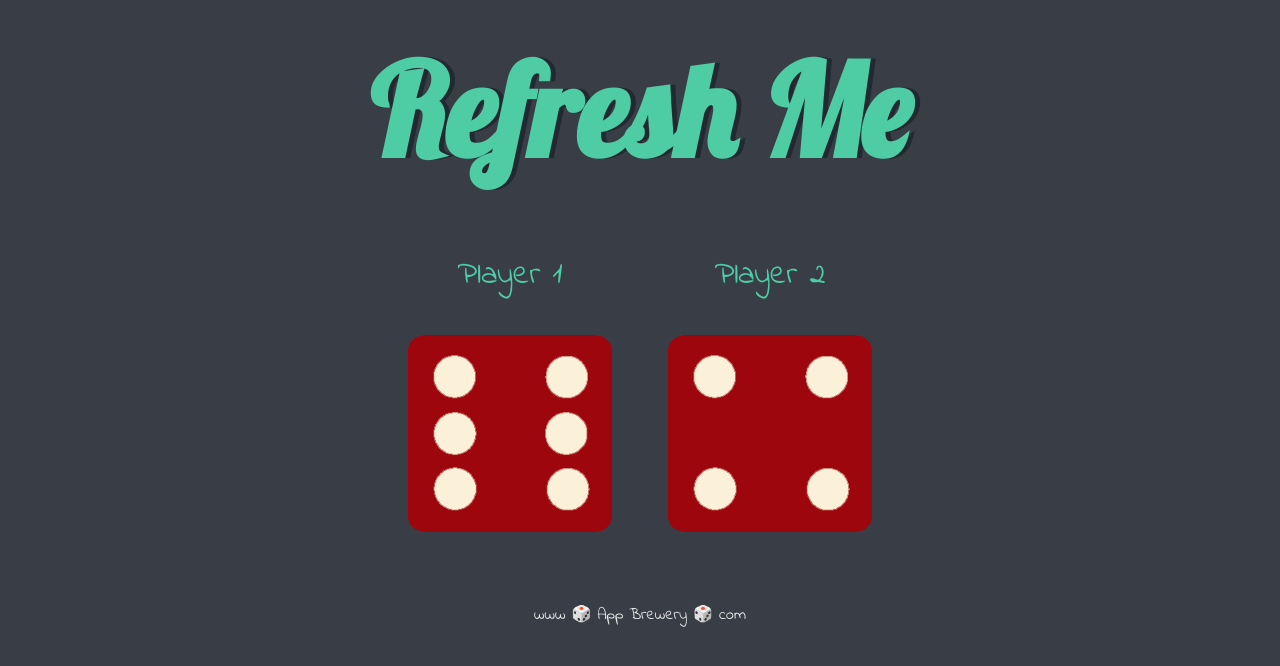
Repository: joseph27choi/Simple-Dice-Game
Page: dicee.html
The author's editor kept a copy of each file at every save. The page is drawn from the files as they stood at one save, then again after a run of saves.
The browser window is 1280 px wide. The pictures show the whole page.

Above is the page before, as saved 2023-02-23 12:29:12.

### dicee.html
<!DOCTYPE html>
<html lang="en" dir="ltr">
  <head>
    <meta charset="utf-8">
    <title>Dicee</title>
    <link rel="stylesheet" href="styles.css">
    <link href="https://fonts.googleapis.com/css?family=Indie+Flower|Lobster" rel="stylesheet">
    <script src="index.js" defer></script>
  </head>
  <body>

    <div class="container">
      <h1>Refresh Me</h1>

      <div class="dice">
        <p>Player 1</p>
        <img class="img1" src="images/dice6.png">
      </div>

      <div class="dice">
        <p>Player 2</p>
        <img class="img2" src="images/dice6.png">
      </div>

    </div>


  </body>

  <footer>
    www 🎲 App Brewery 🎲 com
  </footer>
</html>

### index.js


var randomNumber1 = Math.random();
var randomNumber2 = Math.random();

randomNumber1 = Math.round(randomNumber1 * 5 + 1);
randomNumber2 = Math.round(randomNumber2 * 5 + 1);


document.getElementsByClassName("img1")[0].setAttribute("src", "images/dice" + randomNumber1 + ".png");
document.getElementsByClassName("img2")[0].setAttribute("src", "images/dice" + randomNumber2 + ".png");

if (randomNumber1 > randomNumber2)
{
    document.querySelector
}

Loaded but not shown: styles.css (common file)

After the next 2 saves:
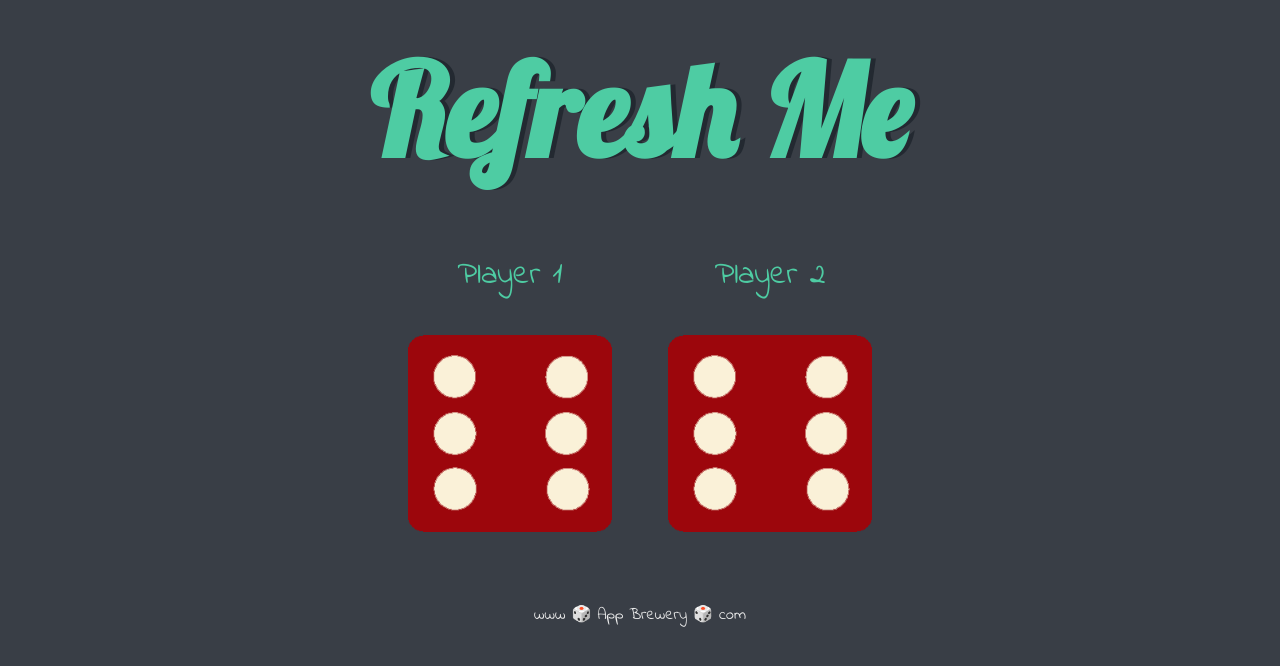
Console error: SyntaxError: Unexpected token '}'
The 2 saves are shown as one change because they came seconds apart.
The last was saved 43 s later.
--- a/index.js
+++ b/index.js
@@ -12,5 +12,5 @@
 
 if (randomNumber1 > randomNumber2)
 {
-    document.querySelector
+    document.querySelector("h1").
 }

After the 2 saves that followed:
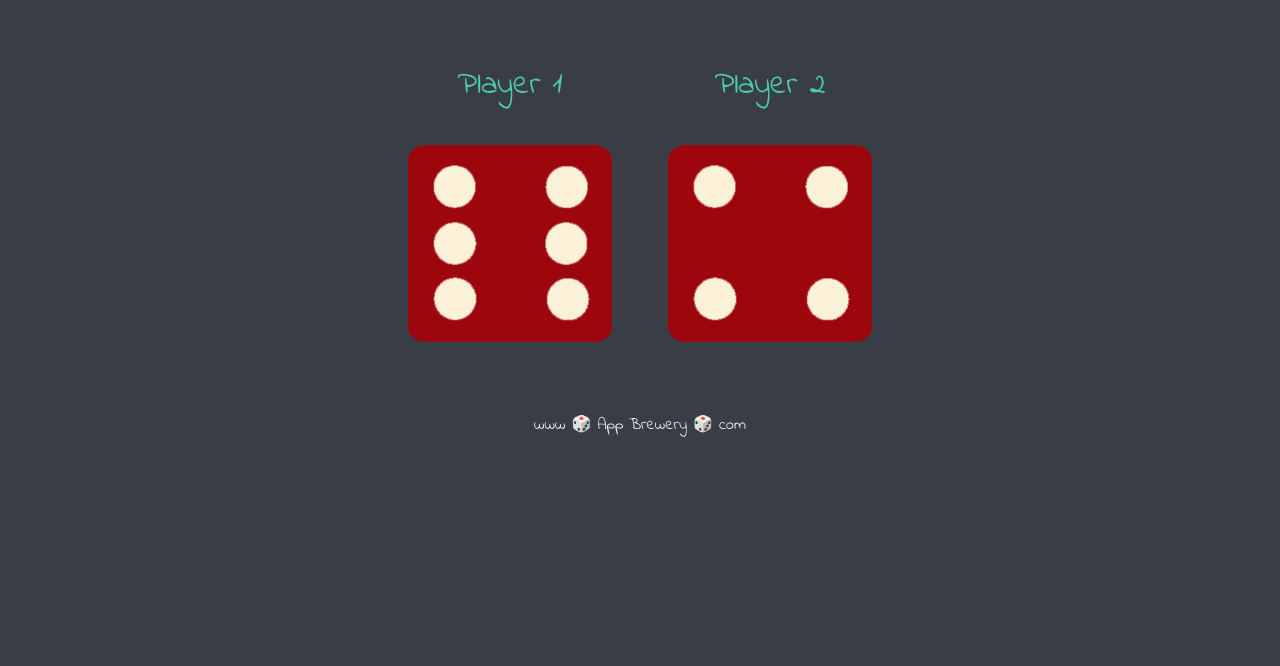
The error is gone.
The 2 saves are shown as one change because they came seconds apart.
The last was saved 85 s later.
--- a/index.js
+++ b/index.js
@@ -12,5 +12,5 @@
 
 if (randomNumber1 > randomNumber2)
 {
-    document.querySelector("h1").
+    document.querySelector("h1").innerHTML = ""
 }
